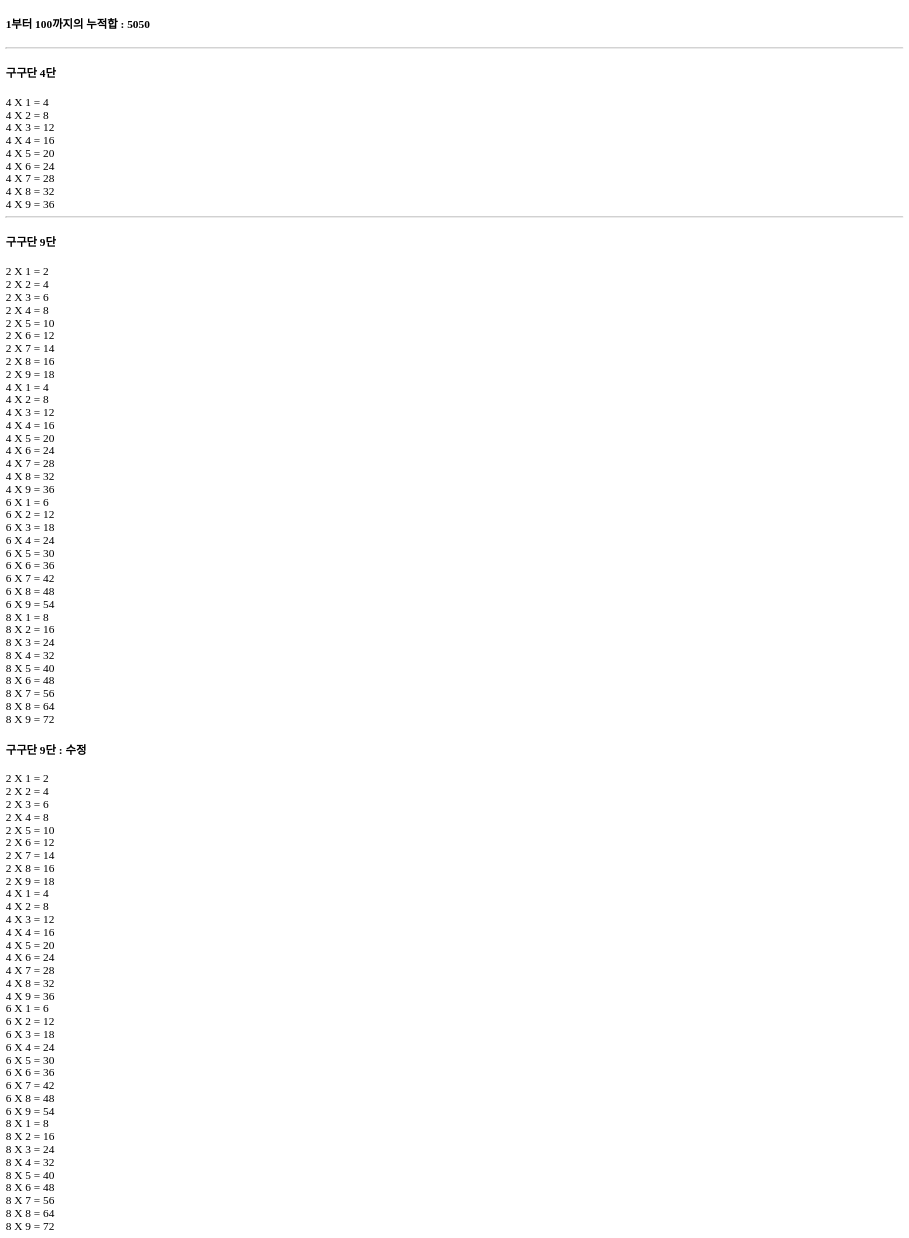
Repository: kitae1995/jsp-pratice
Page: http://localhost/JspBasic/JSTL/jstl_foreach.jsp
An editor plug-in stored every save of this project. The page is shown before and after the next save, followed by the edit.
The browser window is 1280 px wide. The pictures show the whole page, at 71% of full size.
The page is served by Tomcat 9. Other server files are loaded and not shown.

Above is the page before, as saved 2023-09-12 06:04:42.

### JspBasic/src/main/webapp/JSTL/jstl_foreach.jsp
<%@ page language="java" contentType="text/html; charset=UTF-8"
    pageEncoding="UTF-8"%>
<%@ taglib uri="http://java.sun.com/jsp/jstl/core" prefix="c" %>

<!DOCTYPE html>
<html>
<head>
<meta charset="UTF-8">
<title>Insert title here</title>
</head>
<body>

	<%--<%
		int total = 0;
		for(int i=1; i<=100; i++){
			total += i;
		}


	<h4>1부터 100까지의 누적 합계 : <%=total %>입니다.</h4>--%>
	<%--기존 jsp로 for문 구현 --%>

	<%---------------------------------------------------------------------------------------------%>


	<c:set var="total" value="0"/>
	<c:forEach var="i" begin="1" end="100" step="1"> 	<!--  for문과 매우 유사함 -->
		<c:set var="total" value="${total + i }"/> <!--  total을 두번선언하는게 아는 기존의 total을 선언하기 위해 중복해서 쓴거임 -->
	</c:forEach>

	<h4>1부터 100까지의 누적합 : ${total }</h4>
	<%--
        <c:set> 태그는 변수의 생성과 동시에, 이미 동일한 이름의 데이터가 존재한다면
        기존의 데이터를 지목해서 값을 변경할 때도 사용합니다.
        마치 setAttribute()에서 이미 존재하는 이름을 지목하여 값을 변경하는 것처럼.
     --%>

     <hr>

     <h4>구구단 4단</h4>

     <c:forEach var="hang" begin="1" end="9"> <!-- step은 생략하면 1로 처리됨 , for문은 거의 1씩 늘어나니까 -->
     	4 X ${hang} = ${4*hang} <br>
     </c:forEach>

     <hr>

     <%-- 구구단을 2~9단까지 출력하는데, 짝수단만 출력해보세요 ,jstl el 사용 --%>
     <h4>구구단 9단</h4>
     <c:forEach var="dan" begin="2" end="9" step="2">
     	<c:forEach var="ban" begin="1" end="9">
     		${dan} X ${ban } = ${dan*ban}<br>
     	</c:forEach>
     </c:forEach>

      <h4>구구단 9단 : 수정 </h4>
     <c:forEach var="dan" begin="2" end="9">
     	<c:if test="${dan % 2 ==0 }">
     	<c:forEach var="ban" begin="1" end="9">
     		${dan} X ${ban } = ${dan*ban}<br>
     	</c:forEach>
     	</c:if>
     </c:forEach>

</body>
</html>

After the next save:
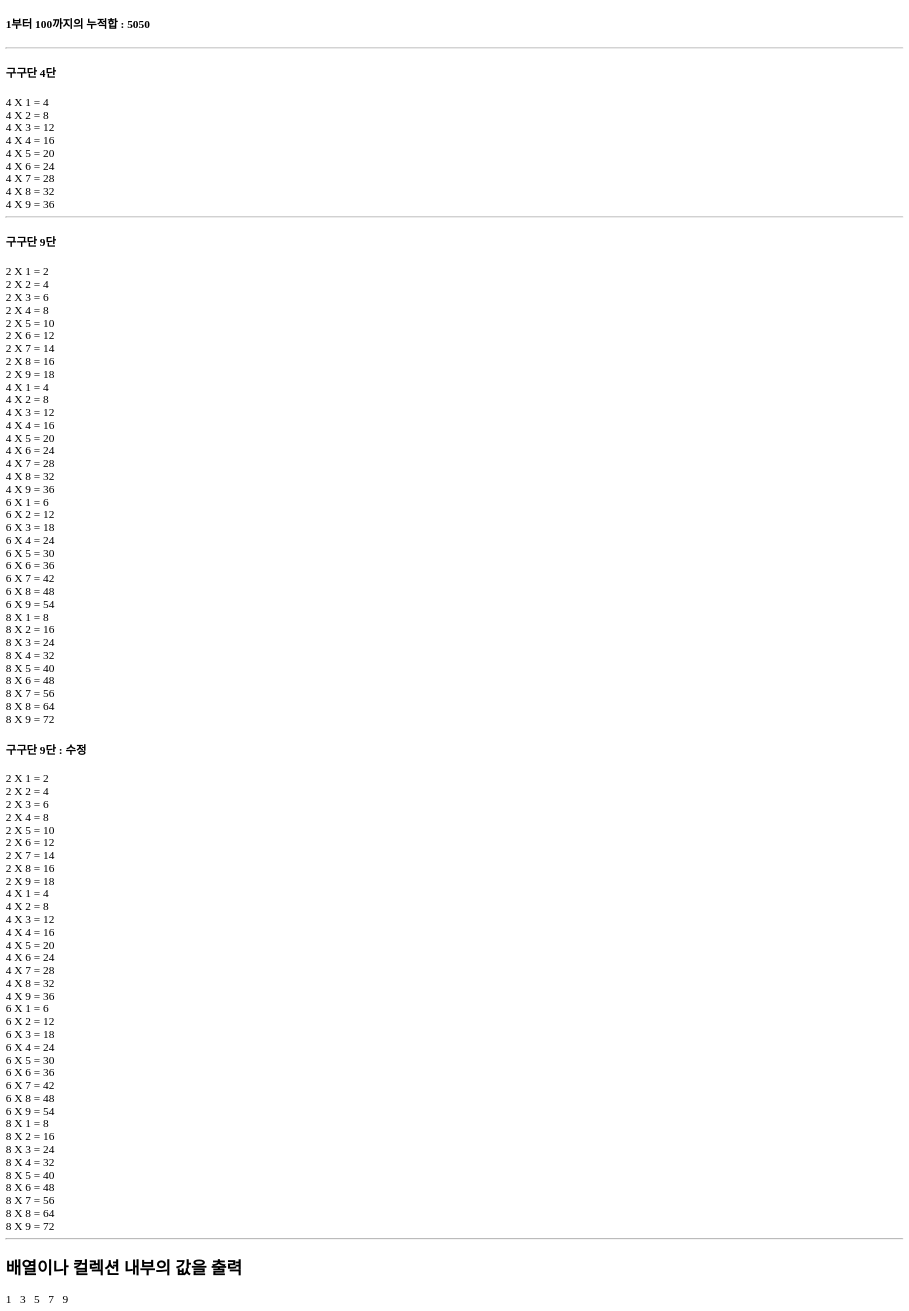
Saved 5 min 30 s later.
--- a/JspBasic/src/main/webapp/JSTL/jstl_foreach.jsp
+++ b/JspBasic/src/main/webapp/JSTL/jstl_foreach.jsp
@@ -62,5 +62,22 @@
      	</c:if>
      </c:forEach>
 
+
+     <hr>
+
+
+
+     <h2>배열이나 컬렉션 내부의 값을 출력</h2>
+
+     <c:set var="arr" value="<%=new int[]{1,3,5,7,9} %>"/>
+
+     <c:forEach var="n" items="${arr }">
+     	${n} &nbsp;
+     </c:forEach>
+
+
+
+
+
 </body>
 </html>
